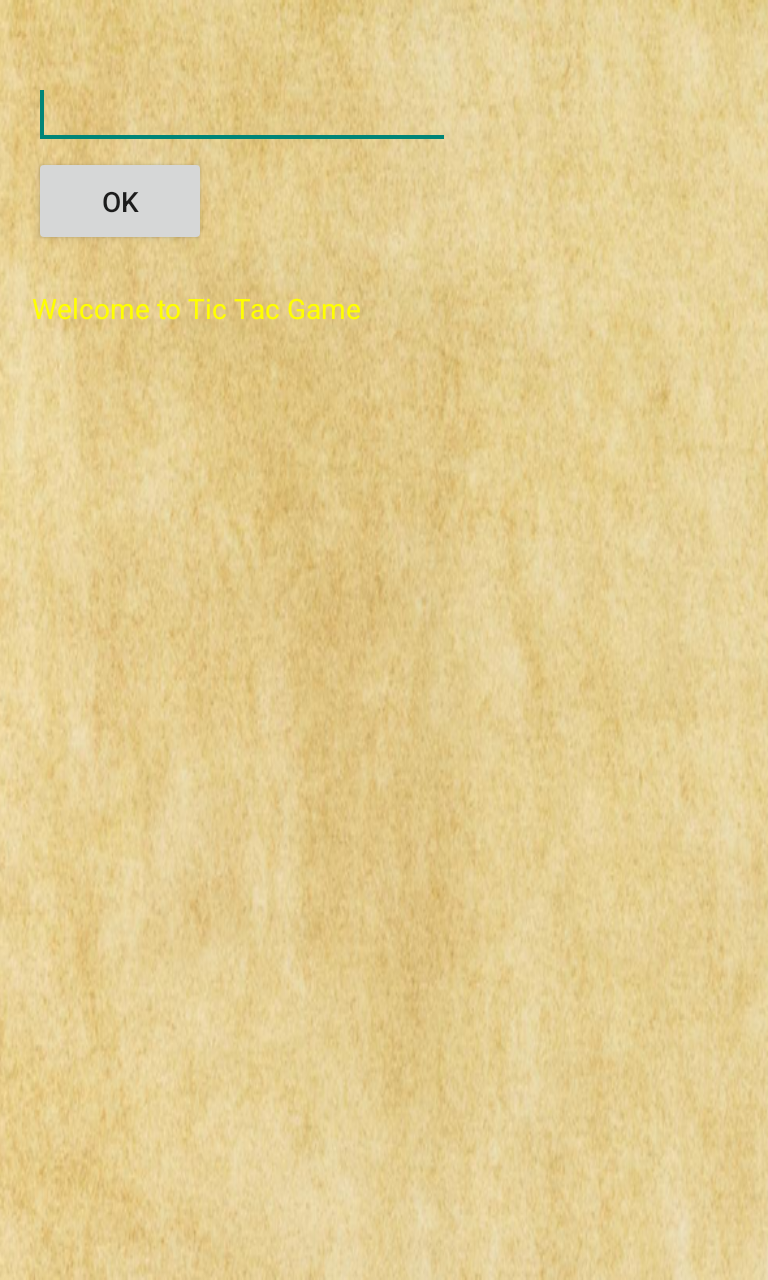
Repository: dtakiy/jogovelha
Layout: games/res/layout/activity_main.xml
An editor plug-in stored every save of this project. The layout is shown before and after the next save, followed by the edit.
It is drawn on a 768 x 1280 px phone screen (xhdpi) without system bars, with theme AppTheme; the app's code is not run.

Above is the layout before, as saved 2014-09-17 16:22:54.

After the next save:
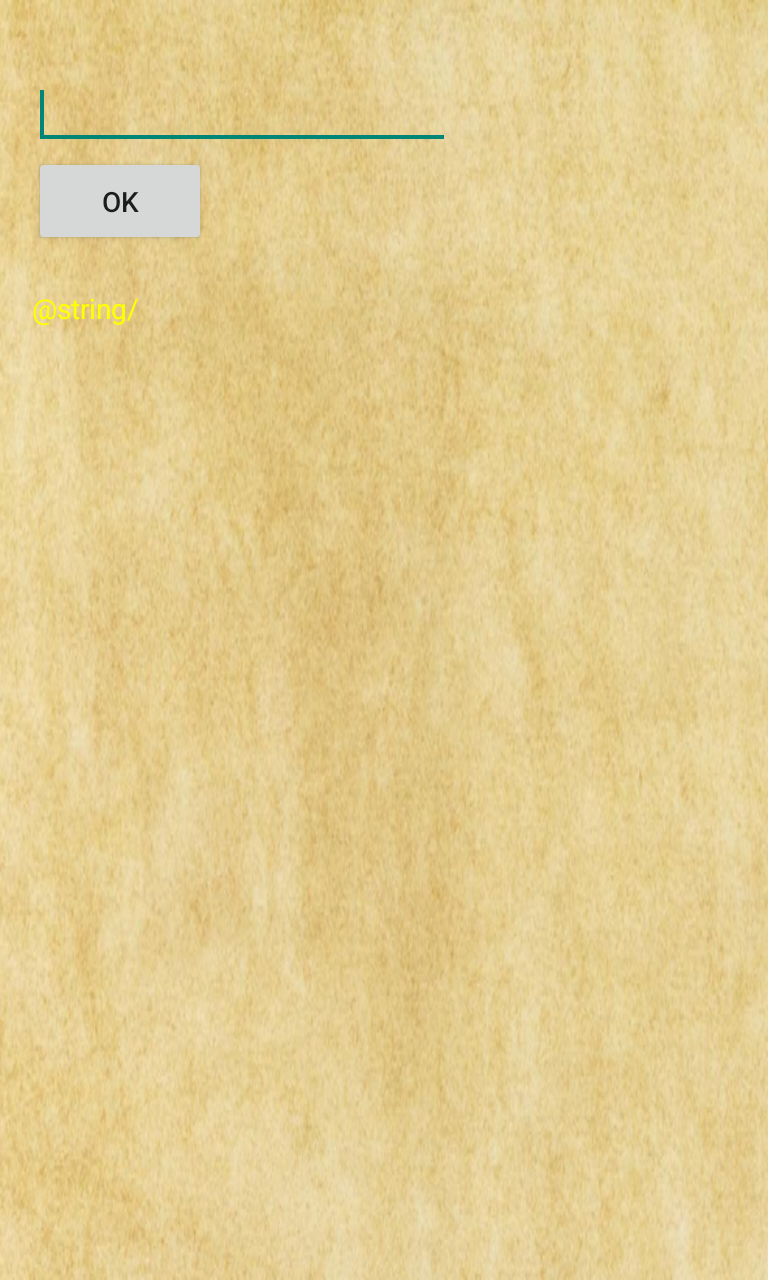
Saved 4 min 5 s later.
--- a/games/res/layout/activity_main.xml
+++ b/games/res/layout/activity_main.xml
@@ -40,7 +40,7 @@
         android:layout_below="@+id/botaoOK"
         android:layout_marginTop="20dp"
         android:layout_toRightOf="@+id/camporesultado"
-        android:text="@string/hello_world"
+        android:text="@string/"
         android:textColor="#FFFF00"/>
 
 </RelativeLayout>
